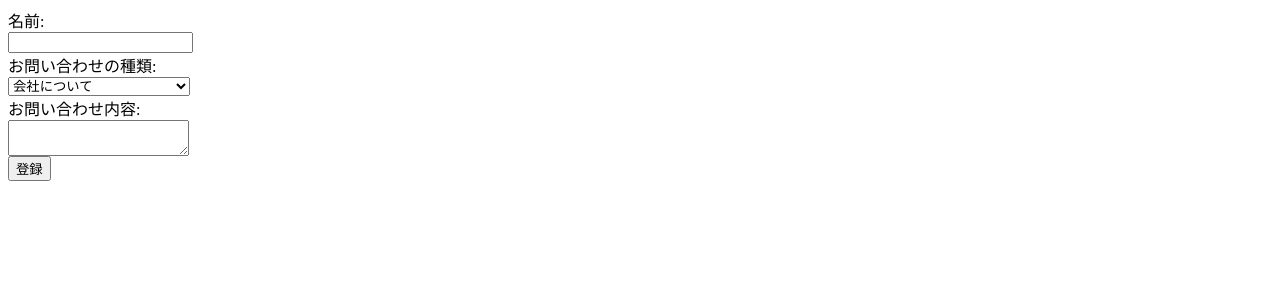
Repository: tatsuya-0/test
Page: http://localhost/HelloServlet/inquiry.jsp
An editor plug-in stored every save of this project. The page is shown before and after the next save, followed by the edit.
The browser window is 1280 px wide. The pictures show the whole page.
The page is served by Tomcat 9.

Above is the page before, as saved 2018-03-01 07:55:39.

After the next save:
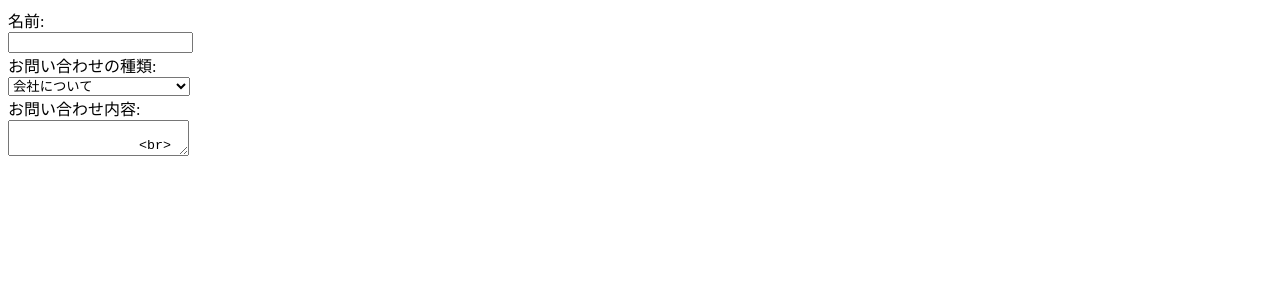
Saved 14 s later.
--- a/HelloServlet/WebContent/inquiry.jsp
+++ b/HelloServlet/WebContent/inquiry.jsp
@@ -15,8 +15,8 @@
 			<option value="product">製品について</option>
 			<option value="support">アフターサポートについて</option>
 		</select><br>お問い合わせ内容:<br>
-		<textarea name="body">
-</textarea>
+		<textarea name="body" />
+
 		<br> <input type="submit" value="登録">
 	</form>
 </body>
